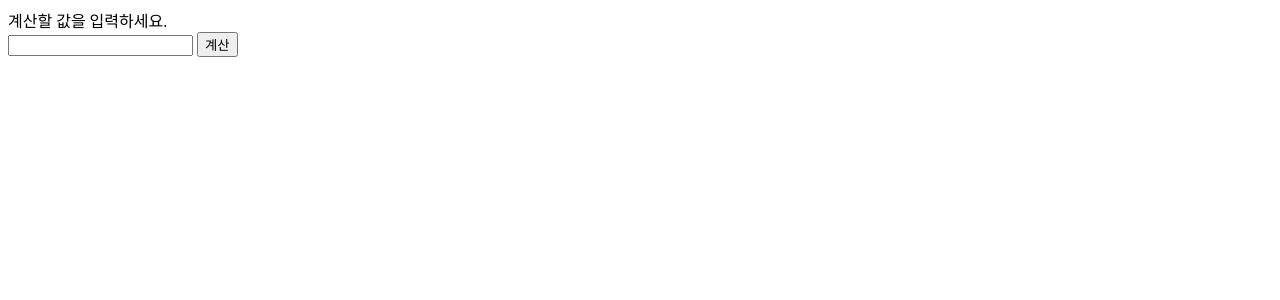
Repository: kwondam/servlet
Page: workspace/JSPPrj/WebContent/add2.html
These files come from the project's save history. The page is drawn as it stood at one moment and after the next save; the edit follows.
The browser window is 1280 px wide. The pictures show the whole page.

Above is the page before, as saved 2020-03-25 06:48:06.

### workspace/JSPPrj/WebContent/add2.html
<!DOCTYPE html>
<html>
<head>
<meta charset="UTF-8">
<title>Insert title here</title>
</head>
<body>
	<form action="add2" method="post">
	<div> 계산할 값을 입력하세요.</div>
	<div>
		<input type="text" name="num"/>
		<input type="submit" value="계산"/>
	</div>
	</form>
</body>
</html>

After the next save:
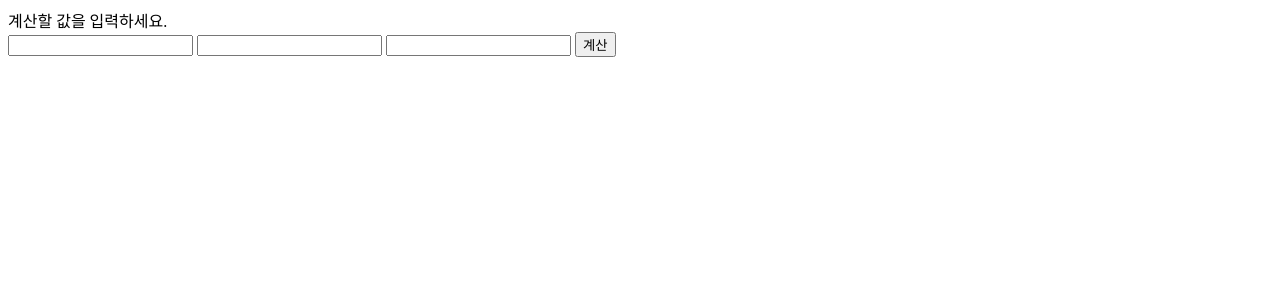
Saved 56 s later.
--- a/workspace/JSPPrj/WebContent/add2.html
+++ b/workspace/JSPPrj/WebContent/add2.html
@@ -9,6 +9,8 @@
 	<div> 계산할 값을 입력하세요.</div>
 	<div>
 		<input type="text" name="num"/>
+		<input type="text" name="num"/>
+		<input type="text" name="num"/>
 		<input type="submit" value="계산"/>
 	</div>
 	</form>
